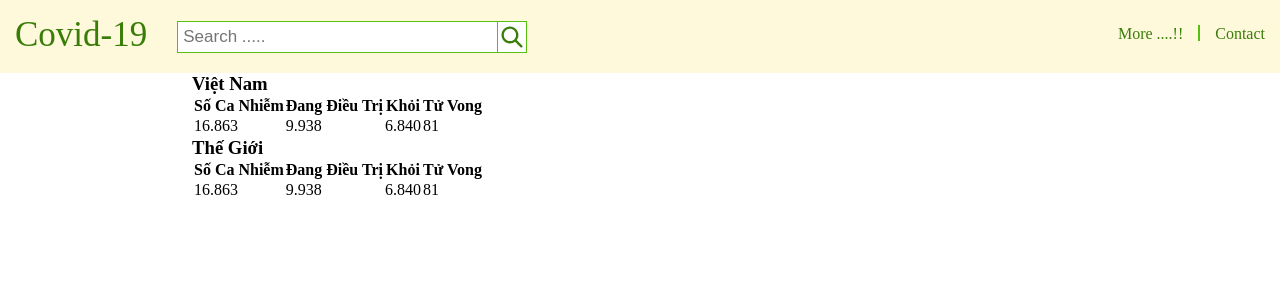
Repository: thuongton98/Covid
Page: html-css-js/index.html
An editor plug-in stored every save of this project. The page is shown before and after the next save, followed by the edit.
The browser window is 1280 px wide. The pictures show the whole page.

Above is the page before, as saved 2021-07-01 09:41:05.

### html-css-js/index.html
<!DOCTYPE html>
<html lang="en">
<head>
    <meta charset="UTF-8">
    <meta http-equiv="X-UA-Compatible" content="IE=edge">
    <meta name="viewport" content="width=device-width, initial-scale=1.0">

    <link rel="stylesheet" href="./styles.css">
    <title>Covid-19</title>
</head>
<body>
    <nav>
        <div class="icon">
            <div class="icon-i">Covid-19</div>
            <div class="icon-search">
                <input type="text" placeholder="Search .....">
                <svg fill="#000000" xmlns="http://www.w3.org/2000/svg"  viewBox="0 0 48 48" width="48px" height="48px"><path d="M 20.5 6 C 12.515556 6 6 12.515562 6 20.5 C 6 28.484438 12.515556 35 20.5 35 C 23.773158 35 26.788919 33.893018 29.220703 32.050781 L 38.585938 41.414062 A 2.0002 2.0002 0 1 0 41.414062 38.585938 L 32.050781 29.220703 C 33.893017 26.788918 35 23.773156 35 20.5 C 35 12.515562 28.484444 6 20.5 6 z M 20.5 10 C 26.322685 10 31 14.677319 31 20.5 C 31 23.295711 29.914065 25.820601 28.148438 27.697266 A 2.0002 2.0002 0 0 0 27.701172 28.144531 C 25.824103 29.912403 23.29771 31 20.5 31 C 14.677315 31 10 26.322681 10 20.5 C 10 14.677319 14.677315 10 20.5 10 z"/></svg>
            </div>

        </div>
        <ul class="nav-i">
            <li>More ....!!</li>
            <li>Contact</li>
        </ul>
    </nav>
    <section class="case">
        <div>
            <h3>Việt Nam</h3>
            <table>

                <tr>
                    <th>Số Ca Nhiễm</th>
                    <th>Đang Điều Trị</th>
                    <th>Khỏi</th>
                    <th>Tử Vong</th>
                </tr>
                <tr>
                    <td>16.863</td>
                    <td>9.938</td>
                    <td>6.840</td>
                    <td>81</td>
                </tr>

            </table>
            <h3>Thế Giới</h3>
            <table>
                <tr>
                    <th>Số Ca Nhiễm</th>
                    <th>Đang Điều Trị</th>
                    <th>Khỏi</th>
                    <th>Tử Vong</th>
                </tr>
                <tr>
                    <td>16.863</td>
                    <td>9.938</td>
                    <td>6.840</td>
                    <td>81</td>
                </tr>
            </table>
            </table>
        </div>
    </section>
</body>
</html>

### html-css-js/styles.css

*{
    padding: 0;
    margin: 0;
    box-sizing: border-box;
}



nav{
    background-color: #fff9db;
    display: flex;
    justify-content: space-between;
    padding:15px
}


nav .icon{
    display: flex;
}

nav .nav-i{
    display: flex;
}

nav .nav-i li{
    list-style: none;
    padding-right: 15px;
    padding-top:10px;
    color:#397d09;
    cursor: pointer;

}

nav .nav-i li:hover{
    color:#57bf0d;
}

nav .nav-i li:last-child{
    padding-right:0;
}

nav .nav-i li:after{
    content: '';
    border: 1px solid #57bf0d;
    margin-left:15px;
    font-size: 12px;
    position: relative;
    top:-2px;
}

nav .nav-i li:last-child::after{
    display: none;
}

nav .icon .icon-i{
    font-size: 35px;
    color: #397d09;
    cursor: pointer;
}

nav .icon .icon-search{
    margin-left:30px;
    position: relative;
   top:-5px;
}


nav .icon .icon-search input{
   padding: 5px;
   width: 350px;
   outline: none;
   border: none;
   font-size: 17px;
   border:1px solid #57bf0d;


}

nav .icon .icon-search svg{
    fill: #397d09;
    cursor: pointer;
    width: 30px;
    height: 32px;
    position: relative;
    border: 1px solid #57bf0d;
    position: relative;
    left: -34px;
    top:11px;
}

nav .icon .icon-search svg:hover{

    fill:#57bf0d
}

.case{
    padding-left: 15%;
    padding-right: 15%;
}

After the next save:
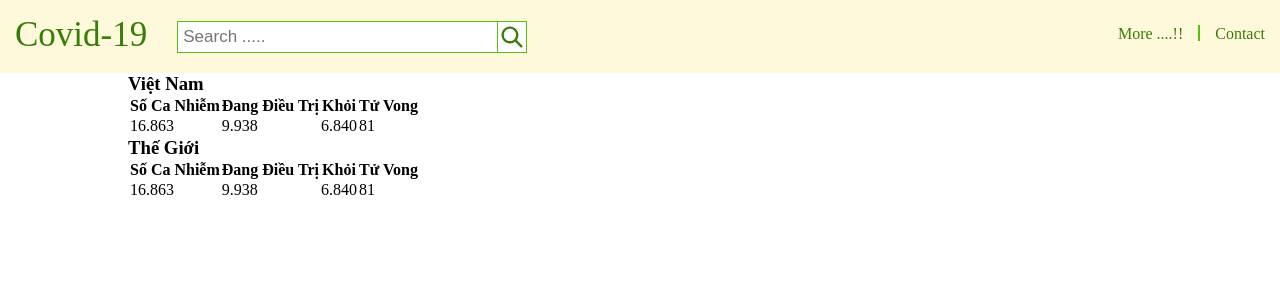
Saved 7 s later.
--- a/html-css-js/styles.css
+++ b/html-css-js/styles.css
@@ -95,6 +95,6 @@ nav .icon .icon-search svg:hover{
 }
 
 .case{
-    padding-left: 15%;
-    padding-right: 15%;
+    padding-left: 10%;
+    padding-right: 10%;
 }
